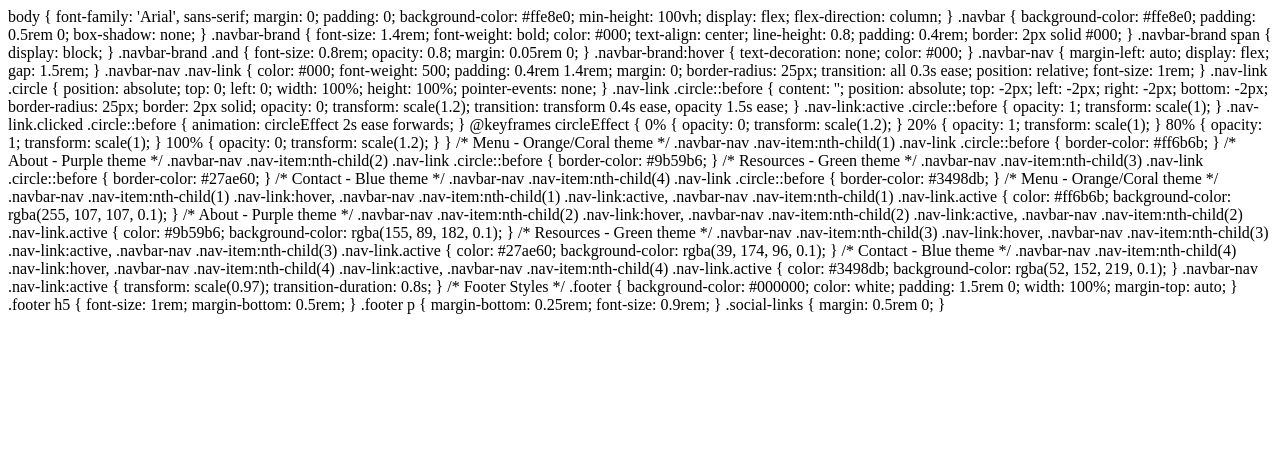
Repository: Ch3fC0d3/-MACT6340
Page: public/pages/header.html
An editor plug-in stored every save of this project. The page is shown before and after a run of saves, followed by the edit.
The browser window is 1280 px wide. The pictures show the whole page.

Above is the page before, as saved 2025-01-16 13:23:13.

After the next 2 saves:
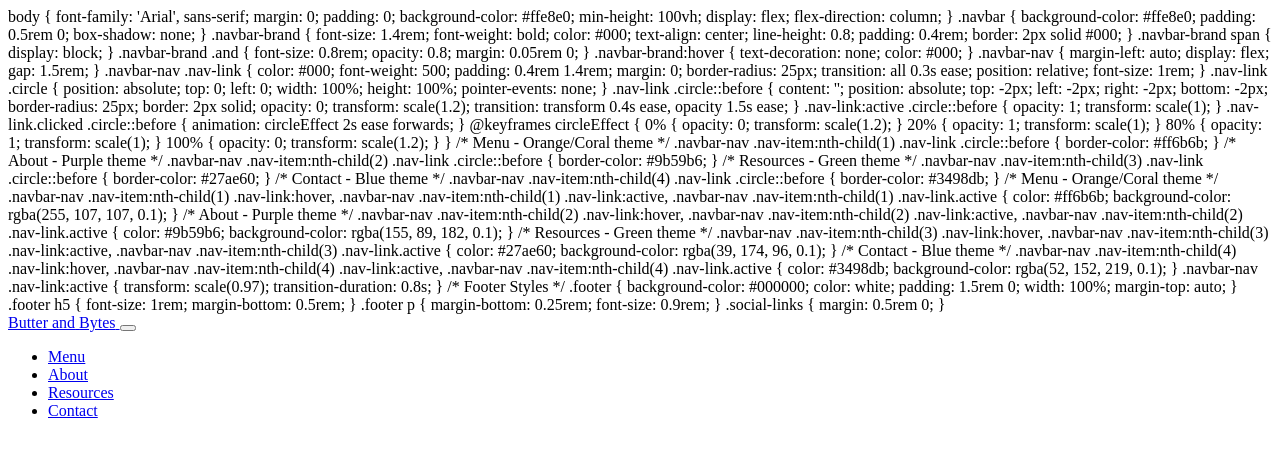
The 2 saves are shown as one change because they came seconds apart.
The last was saved 11 s later.
--- a/public/pages/header.html
+++ b/public/pages/header.html
@@ -176,3 +176,32 @@ body {
 .social-links {
     margin: 0.5rem 0;
 }
+<!-- Navbar -->
+<nav class="navbar navbar-expand-lg fixed-top">
+  <div class="container">
+    <a class="navbar-brand" href="#">
+      <span>Butter</span>
+      <span class="and">and</span>
+      <span>Bytes</span>
+    </a>
+    <button class="navbar-toggler" type="button" data-bs-toggle="collapse" data-bs-target="#navbarNav" aria-controls="navbarNav" aria-expanded="false" aria-label="Toggle navigation">
+      <span class="navbar-toggler-icon"></span>
+    </button>
+    <div class="collapse navbar-collapse" id="navbarNav">
+      <ul class="navbar-nav">
+        <li class="nav-item">
+          <a class="nav-link" href="#menu">Menu<span class="circle"></span></a>
+        </li>
+        <li class="nav-item">
+          <a class="nav-link" href="#about">About<span class="circle"></span></a>
+        </li>
+        <li class="nav-item">
+          <a class="nav-link" href="#resources">Resources<span class="circle"></span></a>
+        </li>
+        <li class="nav-item">
+          <a class="nav-link" href="#contact">Contact<span class="circle"></span></a>
+        </li>
+      </ul>
+    </div>
+  </div>
+</nav>
